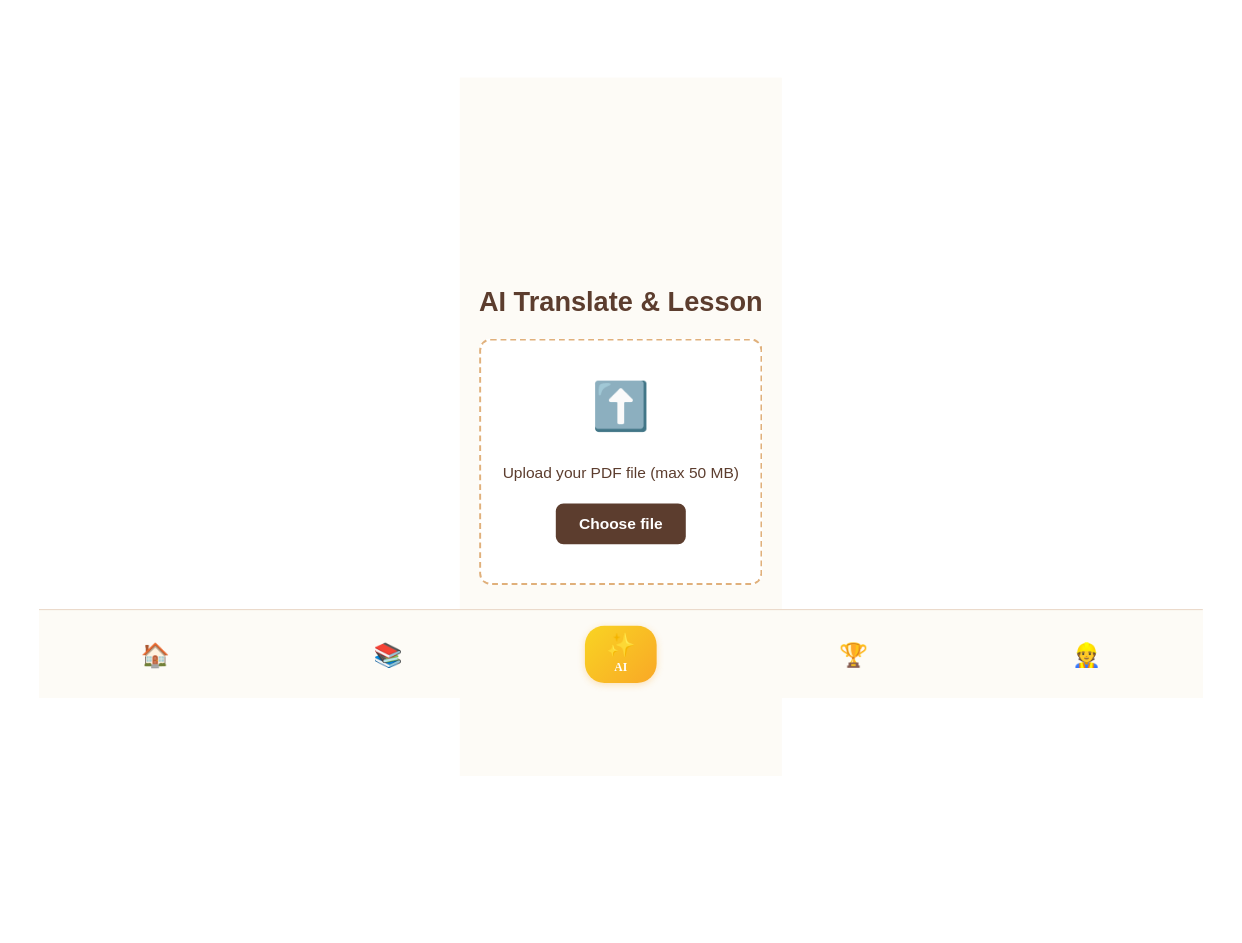
Repository: richelletiongson/Jargon_FrontendShowcase
Page: / (app in jargon_frontend/)
An editor plug-in stored every save of this project. The page is shown before and after a run of saves, followed by the edit.
The browser window is 1280 px wide. The pictures show the whole page, at 97% of full size.
The project was rebuilt for these pictures with package versions that can differ from the ones it lists, and the page was loaded fresh each time. Also part of the build but not shown: jargon_frontend/vite.config.js, jargon_frontend/src/index.css, jargon_frontend/src/home_pages/Home.jsx, jargon_frontend/src/course_pages/Course.jsx, jargon_frontend/src/charts_pages/Charts.jsx, jargon_frontend/src/profile_pages/Profile.jsx.

Above is the page before, as saved 2025-10-22 14:16:28.

### jargon_frontend/index.html
<!doctype html>
<html lang="en">
  <head>
    <meta charset="UTF-8" />
    <link rel="icon" type="image/svg+xml" href="/vite.svg" />
    <meta name="viewport" content="width=device-width, initial-scale=1.0" />
    <title>jargon_frontend</title>
  </head>
  <body>
    <div id="root"></div>
    <script type="module" src="/src/main.jsx"></script>
  </body>
</html>

### jargon_frontend/src/App.jsx
import './App.css'
import NavBar from "./components/NavBar";
import { BrowserRouter, Routes, Route } from "react-router-dom";
import Home from "./home_pages/Home";
import Course from "./course_pages/Course";
import AI from "./ai_pages/AI";
import Charts from "./charts_pages/Charts";
import Profile from "./profile_pages/Profile";

function App() {
  return (
    <BrowserRouter>
            <div className='page'>
                <main className='main-content'>
                    <Routes>
                        <Route
                            path='/'
                            element={<AI />}
                        />
                        <Route
                            path='/home'
                            element={<Home />}
                        />
                        <Route
                            path='/course'
                            element={<Course />}
                        />
                        <Route
                            path='/ai'
                            element={<AI />}
                        />
                        <Route
                            path='/charts'
                            element={<Charts />}
                        />
                        <Route
                            path='/profile'
                            element={<Profile />}
                        />

                    </Routes>
                </main>
                <NavBar />
            </div>
        </BrowserRouter>
  )
}

export default App

### jargon_frontend/src/components/NavBar.jsx
import React from 'react';
import { Link, useLocation } from 'react-router-dom';
import './NavBar.css';

const NavBar = () => {
  const location = useLocation();

  return (
    <div className="bottom-nav">
      <Link to="/home" className={`nav-item ${location.pathname === '/home' ? 'active' : ''}`}>
        <div className="nav-icon">🏠</div>
      </Link>
      <Link to="/course" className={`nav-item ${location.pathname === '/course' ? 'active' : ''}`}>
        <div className="nav-icon">📚</div>
      </Link>
      <Link to="/" className={`nav-item ${location.pathname === '/' ? 'active' : ''}`}>
        <div className="nav-icon">✨</div>
        <span className="nav-text">AI</span>
      </Link>
      <Link to="/charts" className={`nav-item ${location.pathname === '/charts' ? 'active' : ''}`}>
        <div className="nav-icon">🏆</div>
      </Link>
      <Link to="/profile" className={`nav-item ${location.pathname === '/profile' ? 'active' : ''}`}>
        <div className="nav-icon">👷</div>
      </Link>
    </div>
  );
};

export default NavBar;

### jargon_frontend/src/ai_pages/AI.jsx
import React, { useState } from 'react';
import './AI.css';

const AI = () => {
  const [selectedFile, setSelectedFile] = useState(null);

  const handleFileChange = (event) => {
    const file = event.target.files[0];
    if (file) {
      setSelectedFile(file);
    }
  };

  return (
    <div className="ai-page">
      {/* Main Content */}
      <div className="main-content">
        <h1 className="page-title">AI Translate & Lesson</h1>
        <div className='rocky-container'>

        </div>
        <div className="file-upload-container">
          <div className="file-upload-area">
            <div className="upload-icon">⬆️</div>
            <p className="upload-text">Upload your PDF file (max 50 MB)</p>
            <input
              type="file"
              id="file-input"
              accept=".pdf"
              onChange={handleFileChange}
              style={{ display: 'none' }}
            />
            <label htmlFor="file-input" className="choose-file-btn">
              Choose file
            </label>
            {selectedFile && (
              <p className="selected-file">Selected: {selectedFile.name}</p>
            )}
          </div>
        </div>
      </div>

    </div>
  );
};

export default AI;

### jargon_frontend/src/components/NavBar.css
/* Bottom Navigation Styles */
.bottom-nav {
  display: flex;
  justify-content: space-around;
  align-items: center;
  background-color: #FDFBF6;
  padding: 16px 0;
  border-top: 1px solid #E8D5C4;
  position: sticky;
  bottom: 0;
  z-index: 100;
}

.nav-item {
  display: flex;
  flex-direction: column;
  align-items: center;
  gap: 4px;
  padding: 8px 12px;
  border-radius: 20px;
  transition: all 0.3s ease;
  cursor: pointer;
  min-width: 50px;
  text-decoration: none;
  color: inherit;
}

.nav-item:hover {
  background-color: #F5F0E8;
}

.nav-item.active {
  background: linear-gradient(135deg, #F9D423 0%, #F9A826 100%);
  color: white;
  box-shadow: 0 2px 8px rgba(249, 164, 38, 0.3);
}

.nav-icon {
  font-size: 24px;
  line-height: 1;
}

.nav-text {
  font-size: 12px;
  font-weight: 600;
  color: inherit;
}

.nav-item:not(.active) .nav-icon {
  color: #5C3D2E;
}

/* Responsive Design */
@media (max-width: 480px) {
  .nav-icon {
    font-size: 20px;
  }

  .nav-text {
    font-size: 10px;
  }
}

### jargon_frontend/src/home_pages/Home.css
/* Home Page Styles */
.home-page {
  min-height: 100vh;
  background-color: #FDFBF6;
  display: flex;
  flex-direction: column;
  font-family: -apple-system, BlinkMacSystemFont, 'Segoe UI', 'Roboto', sans-serif;
}

.status-bar {
  display: flex;
  justify-content: space-between;
  align-items: center;
  padding: 12px 20px;
  background-color: #FDFBF6;
  color: #5C3D2E;
  font-size: 16px;
  font-weight: 600;
}

.status-icons {
  display: flex;
  gap: 8px;
  font-size: 18px;
}

.main-content {
  flex: 1;
  padding: 40px 20px;
  display: flex;
  flex-direction: column;
  align-items: center;
  justify-content: center;
  text-align: center;
}

.page-title {
  font-size: 28px;
  font-weight: bold;
  color: #5C3D2E;
  margin-bottom: 20px;
}

.coming-soon {
  color: #5C3D2E;
  font-size: 18px;
  opacity: 0.7;
}

### jargon_frontend/src/course_pages/Course.css
/* Course Page Styles */
.course-page {
  min-height: 100vh;
  background-color: #FDFBF6;
  display: flex;
  flex-direction: column;
  font-family: -apple-system, BlinkMacSystemFont, 'Segoe UI', 'Roboto', sans-serif;
}

.status-bar {
  display: flex;
  justify-content: space-between;
  align-items: center;
  padding: 12px 20px;
  background-color: #FDFBF6;
  color: #5C3D2E;
  font-size: 16px;
  font-weight: 600;
}

.status-icons {
  display: flex;
  gap: 8px;
  font-size: 18px;
}

.main-content {
  flex: 1;
  padding: 40px 20px;
  display: flex;
  flex-direction: column;
  align-items: center;
  justify-content: center;
  text-align: center;
}

.page-title {
  font-size: 28px;
  font-weight: bold;
  color: #5C3D2E;
  margin-bottom: 20px;
}

.coming-soon {
  color: #5C3D2E;
  font-size: 18px;
  opacity: 0.7;
}

### jargon_frontend/src/ai_pages/AI.css
/* AI Page Styles */
.ai-page {
  min-height: 100vh;
  background-color: #FDFBF6;
  display: flex;
  flex-direction: column;
  font-family: poppins, sans-serif;
}

/* Main Content */
.main-content {
  flex: 1;
  padding: 40px 20px;
  display: flex;
  flex-direction: column;
  align-items: center;
  justify-content: center;
  text-align: center;
}

.page-title {
  font-size: 28px;
  font-weight: bold;
  color: #5C3D2E;
  margin-bottom: 60px;
  line-height: 1.2;
}

.file-upload-container {
  width: 100%;
  max-width: 400px;
  margin: 0 auto;
}

.file-upload-area {
  background-color: white;
  border: 2px dashed #E0B07B;
  border-radius: 12px;
  padding: 40px 20px;
  display: flex;
  flex-direction: column;
  align-items: center;
  gap: 20px;
  transition: all 0.3s ease;
}

.file-upload-area:hover {
  border-color: #D4A574;
  background-color: #FEFCF7;
}

.upload-icon {
  font-size: 48px;
  color: #5C3D2E;
  margin-bottom: 10px;
}

.upload-text {
  color: #5C3D2E;
  font-size: 16px;
  margin: 0;
  line-height: 1.4;
}

.choose-file-btn {
  background-color: #5C3D2E;
  color: white;
  padding: 12px 24px;
  border-radius: 8px;
  border: none;
  font-size: 16px;
  font-weight: 600;
  cursor: pointer;
  transition: background-color 0.3s ease;
  text-decoration: none;
  display: inline-block;
}

.choose-file-btn:hover {
  background-color: #4A3225;
}

.selected-file {
  color: #5C3D2E;
  font-size: 14px;
  margin: 10px 0 0 0;
  font-style: italic;
}


/* Responsive Design */
@media (max-width: 480px) {
  .main-content {
    padding: 30px 16px;
  }

  .page-title {
    font-size: 24px;
    margin-bottom: 40px;
  }

  .file-upload-area {
    padding: 30px 16px;
  }

  .upload-icon {
    font-size: 40px;
  }

  .upload-text {
    font-size: 14px;
  }

  .choose-file-btn {
    padding: 10px 20px;
    font-size: 14px;
  }
}

@media (max-width: 360px) {
  .status-bar {
    padding: 10px 16px;
    font-size: 14px;
  }

  .main-content {
    padding: 20px 12px;
  }

  .page-title {
    font-size: 22px;
    margin-bottom: 30px;
  }

  .file-upload-area {
    padding: 24px 12px;
  }

  .nav-icon {
    font-size: 20px;
  }

  .nav-text {
    font-size: 10px;
  }
}

### jargon_frontend/src/charts_pages/Charts.css
/* Charts Page Styles */
.charts-page {
  min-height: 100vh;
  background-color: #FDFBF6;
  display: flex;
  flex-direction: column;
  font-family: -apple-system, BlinkMacSystemFont, 'Segoe UI', 'Roboto', sans-serif;
}

.status-bar {
  display: flex;
  justify-content: space-between;
  align-items: center;
  padding: 12px 20px;
  background-color: #FDFBF6;
  color: #5C3D2E;
  font-size: 16px;
  font-weight: 600;
}

.status-icons {
  display: flex;
  gap: 8px;
  font-size: 18px;
}

.main-content {
  flex: 1;
  padding: 40px 20px;
  display: flex;
  flex-direction: column;
  align-items: center;
  justify-content: center;
  text-align: center;
}

.page-title {
  font-size: 28px;
  font-weight: bold;
  color: #5C3D2E;
  margin-bottom: 20px;
}

.coming-soon {
  color: #5C3D2E;
  font-size: 18px;
  opacity: 0.7;
}

### jargon_frontend/src/profile_pages/Profile.css
/* Profile Page Styles */
.profile-page {
  min-height: 100vh;
  background-color: #FDFBF6;
  display: flex;
  flex-direction: column;
  font-family: -apple-system, BlinkMacSystemFont, 'Segoe UI', 'Roboto', sans-serif;
}

.status-bar {
  display: flex;
  justify-content: space-between;
  align-items: center;
  padding: 12px 20px;
  background-color: #FDFBF6;
  color: #5C3D2E;
  font-size: 16px;
  font-weight: 600;
}

.status-icons {
  display: flex;
  gap: 8px;
  font-size: 18px;
}

.main-content {
  flex: 1;
  padding: 40px 20px;
  display: flex;
  flex-direction: column;
  align-items: center;
  justify-content: center;
  text-align: center;
}

.page-title {
  font-size: 28px;
  font-weight: bold;
  color: #5C3D2E;
  margin-bottom: 20px;
}

.coming-soon {
  color: #5C3D2E;
  font-size: 18px;
  opacity: 0.7;
}

Loaded but not shown: jargon_frontend/src/main.jsx (common file); jargon_frontend/src/App.css (common file)

After the next 2 saves:
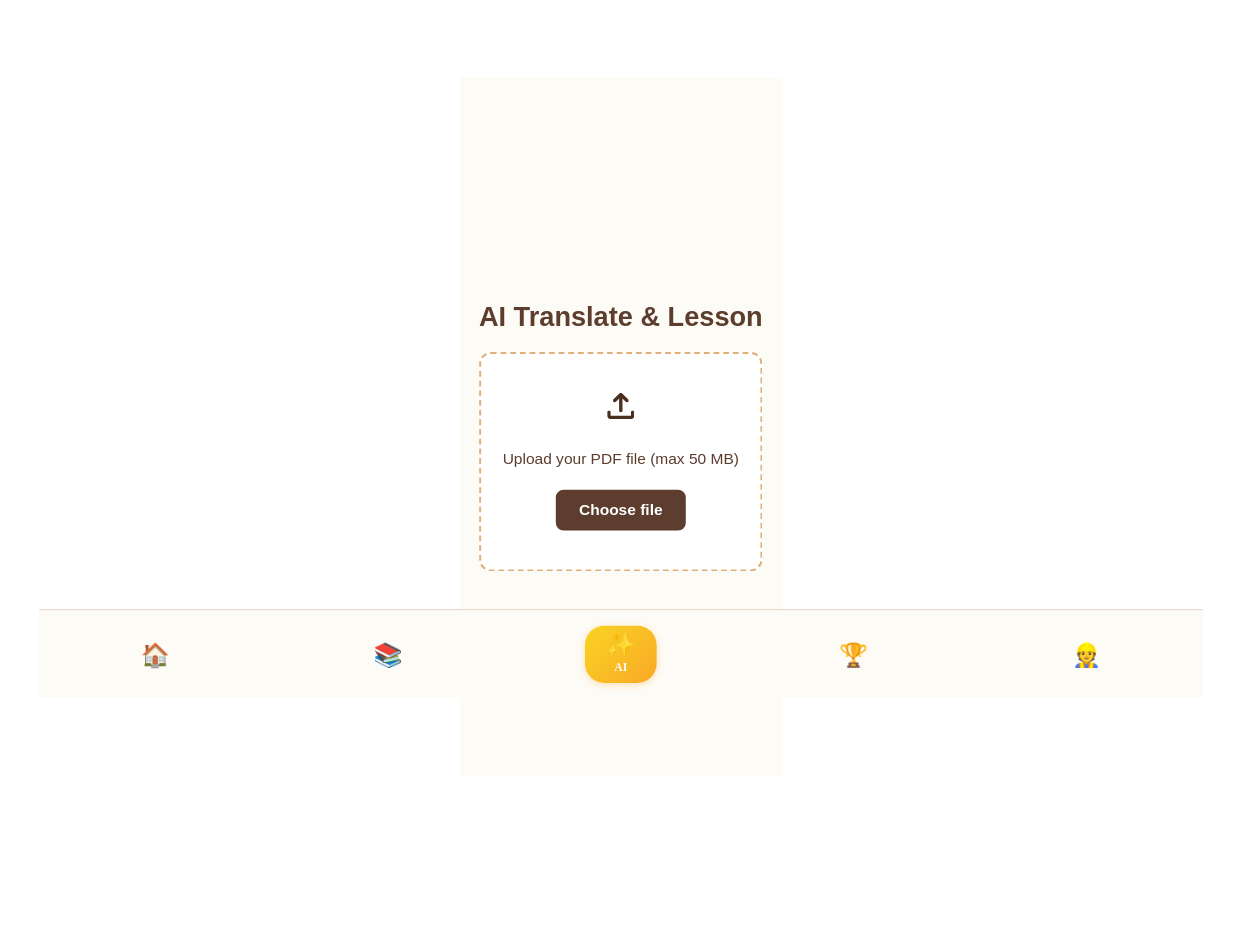
The 2 saves are shown as one change because they came seconds apart.
The last was saved 2 min 2 s later.
--- a/jargon_frontend/src/ai_pages/AI.jsx
+++ b/jargon_frontend/src/ai_pages/AI.jsx
@@ -1,5 +1,6 @@
 import React, { useState } from 'react';
 import './AI.css';
+import UploadIcon from '../assets/Upload_Icon.svg';
 
 const AI = () => {
   const [selectedFile, setSelectedFile] = useState(null);
@@ -21,7 +22,7 @@ const AI = () => {
         </div>
         <div className="file-upload-container">
           <div className="file-upload-area">
-            <div className="upload-icon">⬆️</div>
+            <img src={UploadIcon} alt="Upload" className="upload-icon" />
             <p className="upload-text">Upload your PDF file (max 50 MB)</p>
             <input
               type="file"
